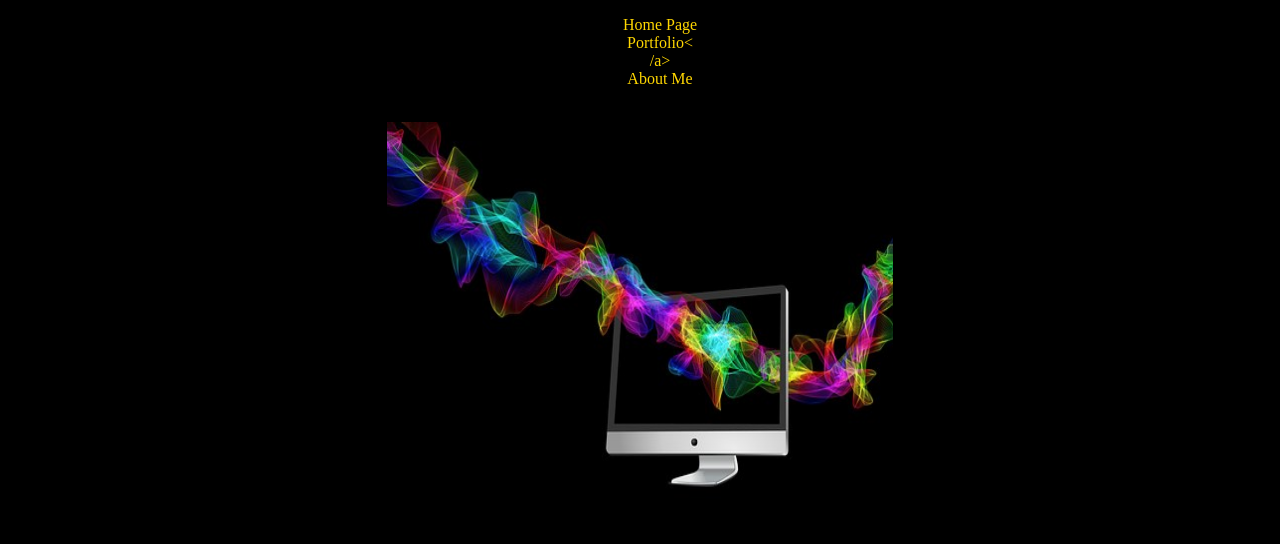
Repository: bluesyrupshed/bluesyrupshed.github.io
Page: index.html
The author's editor kept a record of every edit. The page is drawn from the files as they stood at one moment, then again after the next edit.
The browser window is 1280 px wide. The pictures show the whole page.

Above is the page before.

### index.html
<!DOCTYPE html>
<html>
    <head>
        <title>Home</title>
        <link rel="stylesheet" href="./styles/index.css">
        <link rel="shortcut icon" type="image/x-icon" href="computer favicon.png">
        <style>

          </style>
        </head>
    <body>
        <ul>
        <center> <center><li><a href="index.html">Home Page</h1></center></a></li></center>
         <center><center><li><a href="portfolio.html">Portfolio<</center>/a></li></center>
          <center><li><a href="about.html">About Me</a></li></center>
          </ul>
          <br>


        <img src="smadel.jpg" alt="Computer with particles" width="400" height="400">
    </body>

</html>

### styles/index.css
body {
    background-color: rgb(0,0,0);
    list-style: none;
}

img {
  display: block;
  margin-left: auto;
  margin-right: auto;
  width: 40%;
}

a {
  color: #FFD700;
  text-decoration: none;
  text-align: center;
  margin: auto;
}

After the next edit:
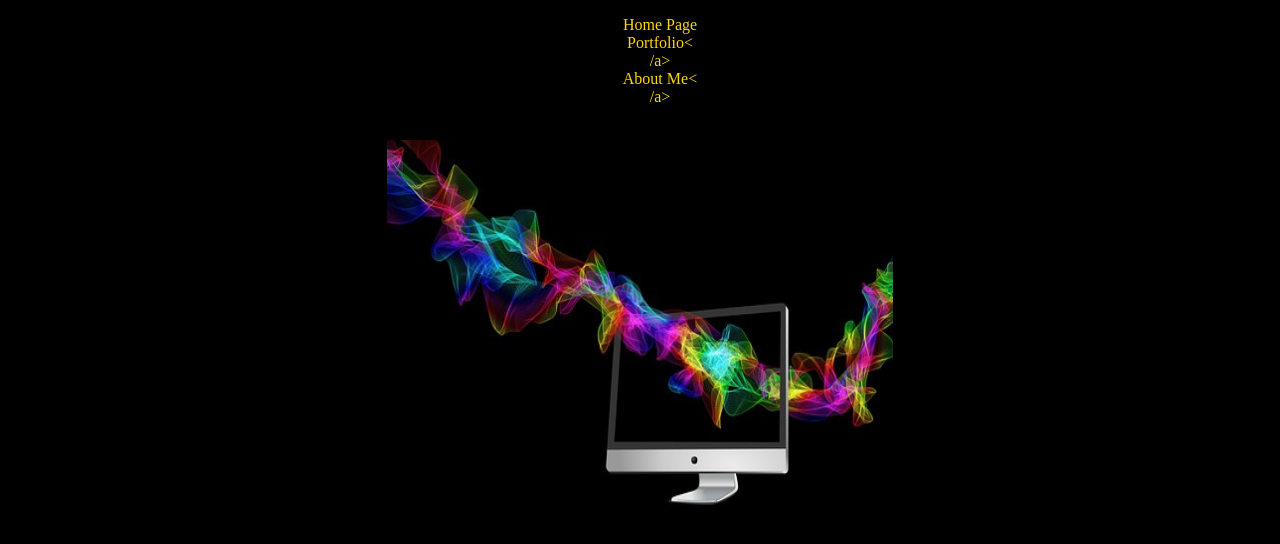
The edit:
--- a/index.html
+++ b/index.html
@@ -12,7 +12,7 @@
         <ul>
         <center> <center><li><a href="index.html">Home Page</h1></center></a></li></center>
          <center><center><li><a href="portfolio.html">Portfolio<</center>/a></li></center>
-          <center><li><a href="about.html">About Me</a></li></center>
+         <center><center><li><a href="about.html">About Me<</center>/a></li></center>
           </ul>
           <br>
 
